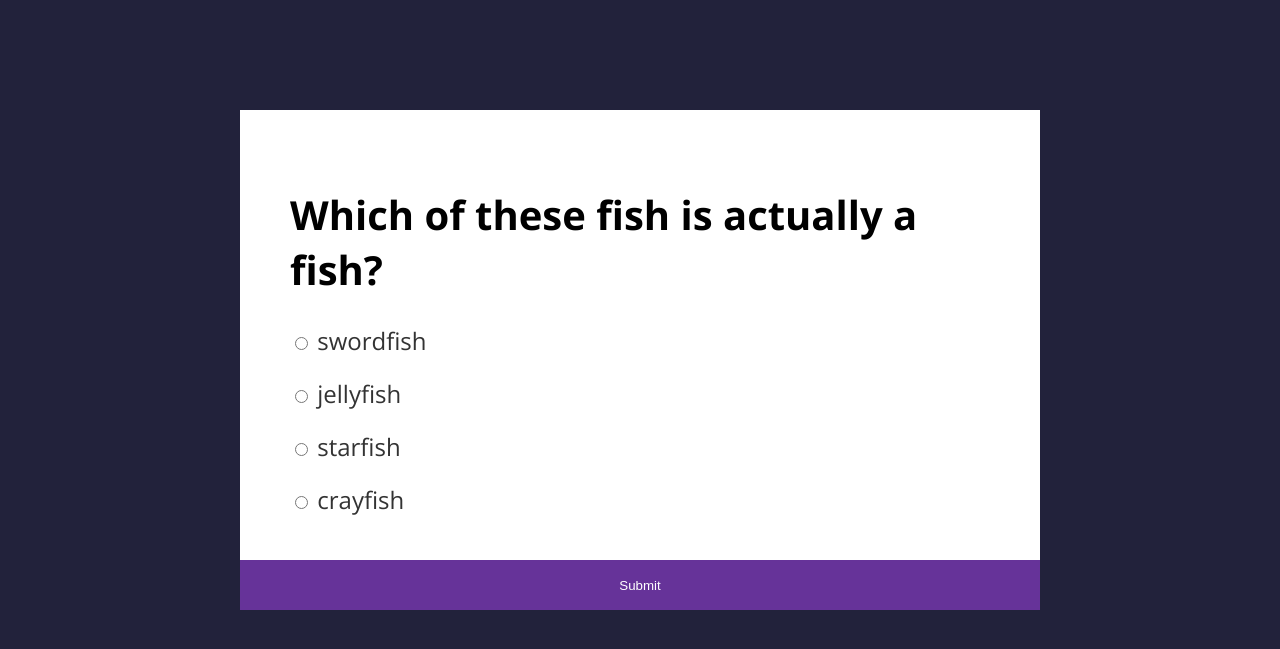
Repository: Wanglongzhi2001/Learn-javascript
Page: quiz/quiz.html
An editor plug-in stored every save of this project. The page is shown before and after the next save, followed by the edit.
The browser window is 1280 px wide. The pictures show the whole page.

Above is the page before, as saved 2023-02-02 20:35:39.

After the next save:
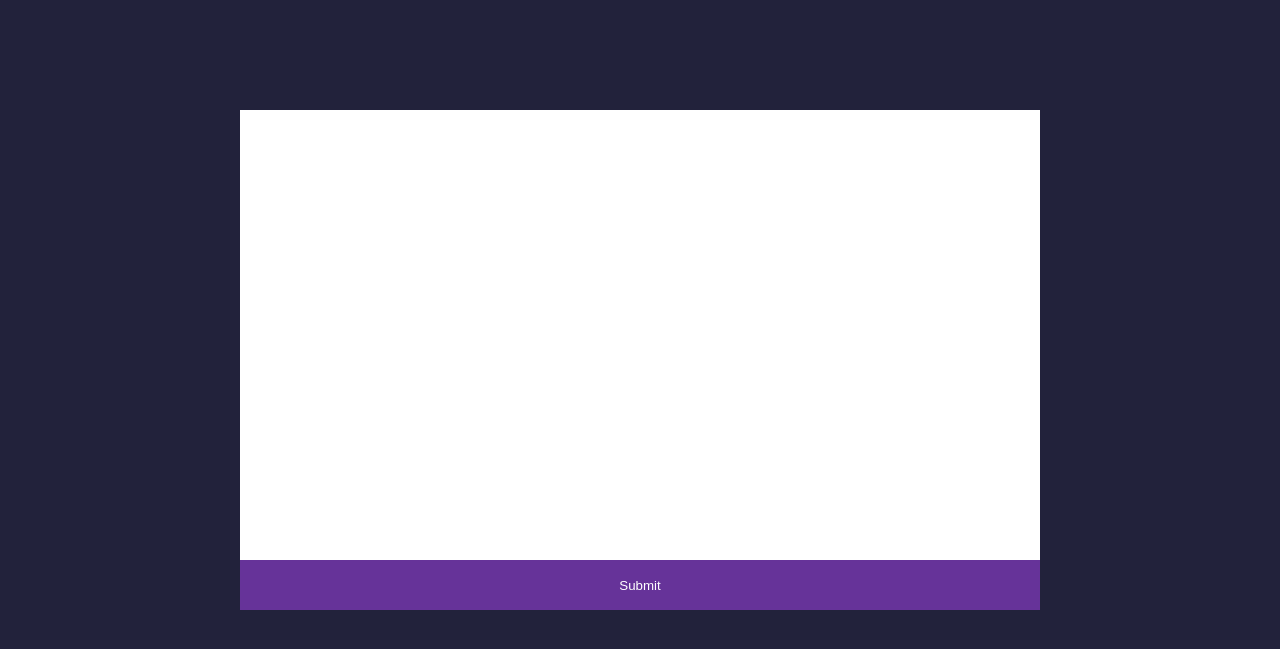
Console error: SyntaxError: Invalid or unexpected token
Saved 39 s later.
--- a/quiz/quiz.js
+++ b/quiz/quiz.js
@@ -1,3 +1,4 @@
+
 const data = [
   {
     id: 1,
@@ -37,11 +38,11 @@
 const submit = document.querySelector(".submit");
 const play = document.querySelector(".play");
 
-let qIndex = 0; // 问题编号
-let correctCount = 0; // 正确数目
-let wrongCount = 0; // 错误数目
+let qIndex = 0;
+let correctCount = 0;
+let wrongCount = 0;
 let total = 0;
-let selectedAnswer; // 选中答案的编号
+let selectedAnswer;
 
 const playAgain = () => {
   qIndex = 0;
@@ -51,21 +52,24 @@
   showQuestion(qIndex);
 };
 
-play.addEventListener("click", () => {
+play.addEventListener("click",()=>{
   resultScreen.style.display = "none";
   gameScreen.style.display = "block";
-  playAgain();
-});
+  playAgain()
+})
 
 const showResult = () => {
   resultScreen.style.display = "block";
   gameScreen.style.display = "none";
+
   resultScreen.querySelector(
     ".correct"
   ).textContent = `Correct Answers: ${correctCount}`;
+
   resultScreen.querySelector(
     ".wrong"
   ).textContent = `Wrong Answers: ${wrongCount}`;
+
   resultScreen.querySelector(".score").textContent = `Score: ${
     (correctCount - wrongCount) * 10
   }`;
@@ -79,11 +83,11 @@
     .map(
       (item, index) =>
         `
-    <div class="answer">
-        <input name="answer" type="radio" id=${index} value=${item.isCorrect}>
-        <label for=${index}>${item.answer}</label>
-    </div>
-    `
+  <div class="answer">
+      <input type="radio" id=${index} name="answer" value=${item.isCorrect} />
+      <label for="1">${item.answer}</label>
+  </div>
+  `
     )
     .join("");
 
@@ -101,7 +105,7 @@
 const submitAnswer = () => {
   submit.addEventListener("click", () => {
     if (selectedAnswer !== null) {
-      selectAnswer === "true" ? correctCount++ : wrongCount++;
+      selectedAnswer === "true" ? correctCount++ : wrongCount++;
       qIndex++;
       showQuestion(qIndex);
     } else alert("Select an answer!");
@@ -110,3 +114,18 @@
 
 showQuestion(qIndex);
 submitAnswer();
+Footer
+© 2023 GitHub, Inc.
+Footer navigation
+Terms
+Privacy
+Security
+Status
+Docs
+Contact GitHub
+Pricing
+API
+Training
+Blog
+About
+youtube2022/quiz.js at js-quiz · safak/youtube2022

After the save that followed:
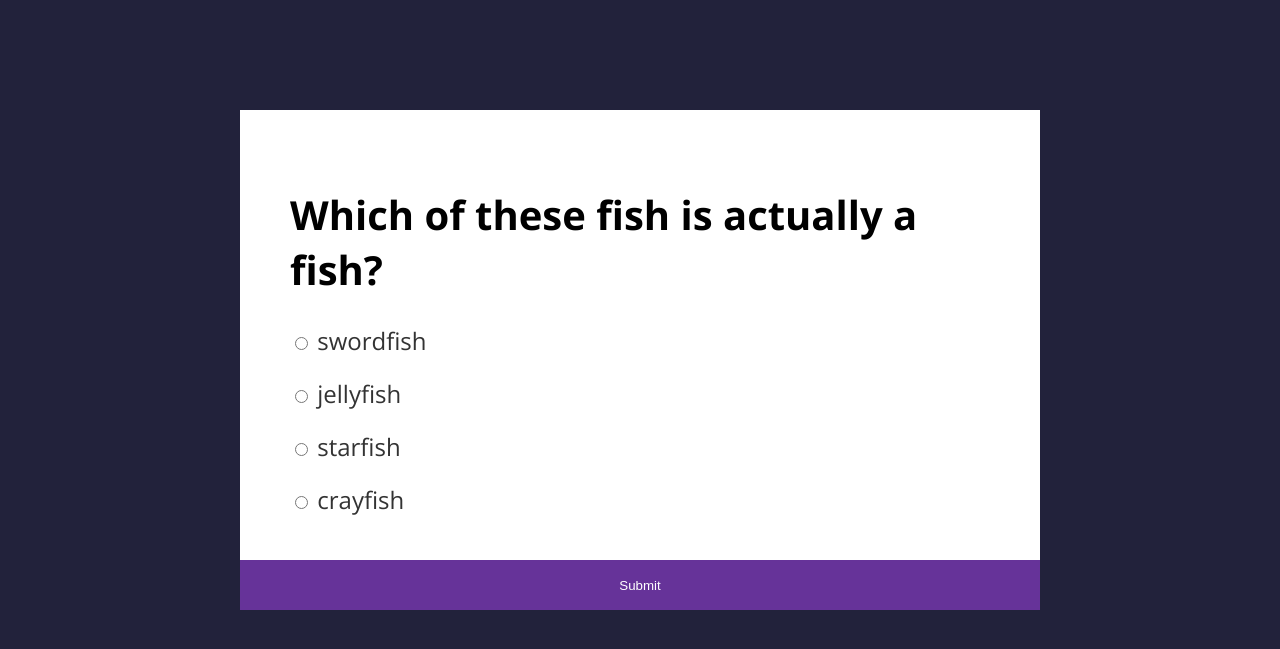
The error is gone.
Saved 6 s later.
--- a/quiz/quiz.js
+++ b/quiz/quiz.js
@@ -1,4 +1,3 @@
-
 const data = [
   {
     id: 1,
@@ -52,11 +51,11 @@
   showQuestion(qIndex);
 };
 
-play.addEventListener("click",()=>{
+play.addEventListener("click", () => {
   resultScreen.style.display = "none";
   gameScreen.style.display = "block";
-  playAgain()
-})
+  playAgain();
+});
 
 const showResult = () => {
   resultScreen.style.display = "block";
@@ -114,18 +113,3 @@
 
 showQuestion(qIndex);
 submitAnswer();
-Footer
-© 2023 GitHub, Inc.
-Footer navigation
-Terms
-Privacy
-Security
-Status
-Docs
-Contact GitHub
-Pricing
-API
-Training
-Blog
-About
-youtube2022/quiz.js at js-quiz · safak/youtube2022
